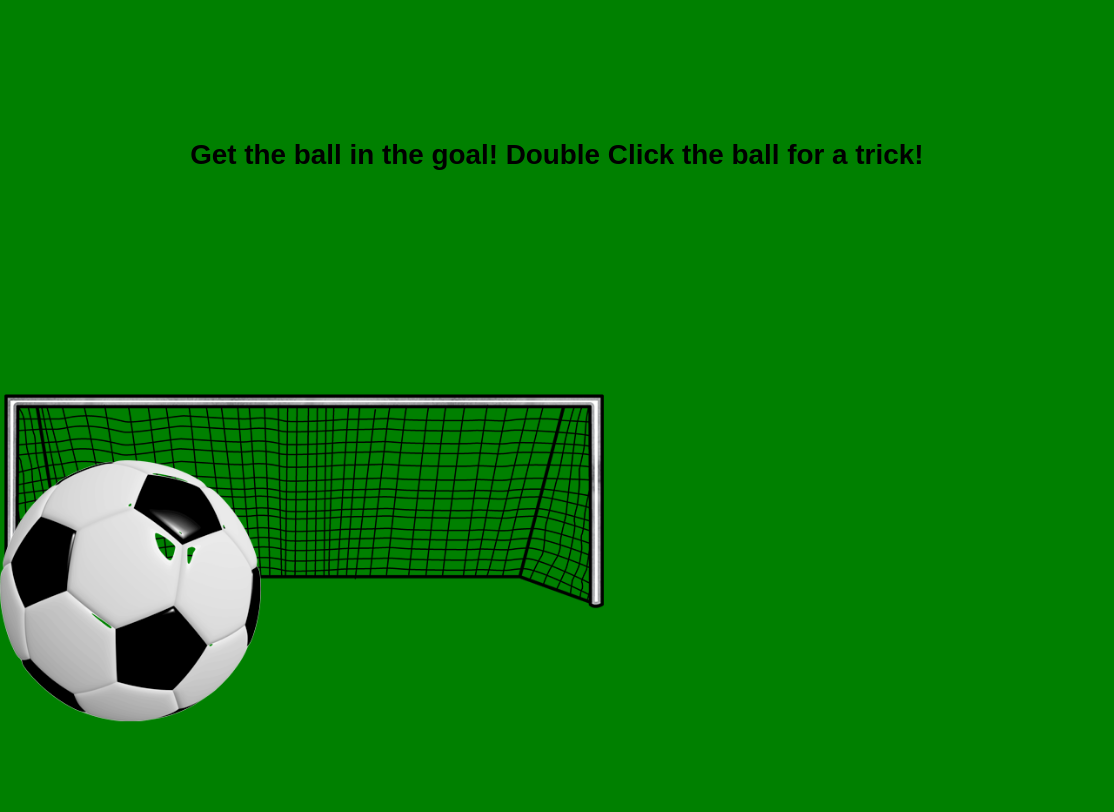
Repository: alexmaddux99/Lab3
Page: mouse-events.html
The author's editor kept a copy of each file at every save. The page is drawn from the files as they stood at one save, then again after the next save.
The browser window is 1280 px wide. The pictures show the whole page, at 87% of full size.

Above is the page before, as saved 2022-03-06 17:16:29.

### mouse-events.html
<!DOCTYPE html>
<html lang="en">

<head>
    <meta charset="UTF-8">
    <meta http-equiv="X-UA-Compatible" content="IE=edge">
    <meta name="viewport" content="width=device-width, initial-scale=1.0">
    <title>GOAL!</title>
    <style>
        body {
            background-color: green;
            margin:0;
            height:100vh;
        }

        div {
           height: 300px;
           width: 300px;
            transition: transform 1s;

        }

        p {
            margin-top: 10rem;
            text-align: center;
            font: bold 2rem sans-serif;
        }

        .goal{
            display: block;
  margin-left: auto;
  margin-right: auto;
        }




    </style>
</head>

<body>

    <p>Get the ball in the goal! Double Click the ball for a trick!</p>

    <div goal>
    <img src="/images/goal.png" alt="GOAL!">
    </div>

    <div id="dot" class="ball">
        <img src="/images/soccer.png" alt="Score a Goal!">
    </div>




    <script>
        var dot = document.getElementById('dot');
        document.body.addEventListener('click', (e) => {
            console.log("Client: " , e.clientX , e.clientY)
            console.log("Page: " , e.pageX , e.pageY)
            console.log("Screen: " , e.screenX , e.screenY)
            console.log("Event Object: ", e);
            dot.style.transform = `translateY(${e.clientY - 25}px)`;
            dot.style.transform += `translateX(${e.clientX - 25}px)`;
            dot.style.opacity = 1;
        }, false);
    </script>
</body>

</html>

After the next save:
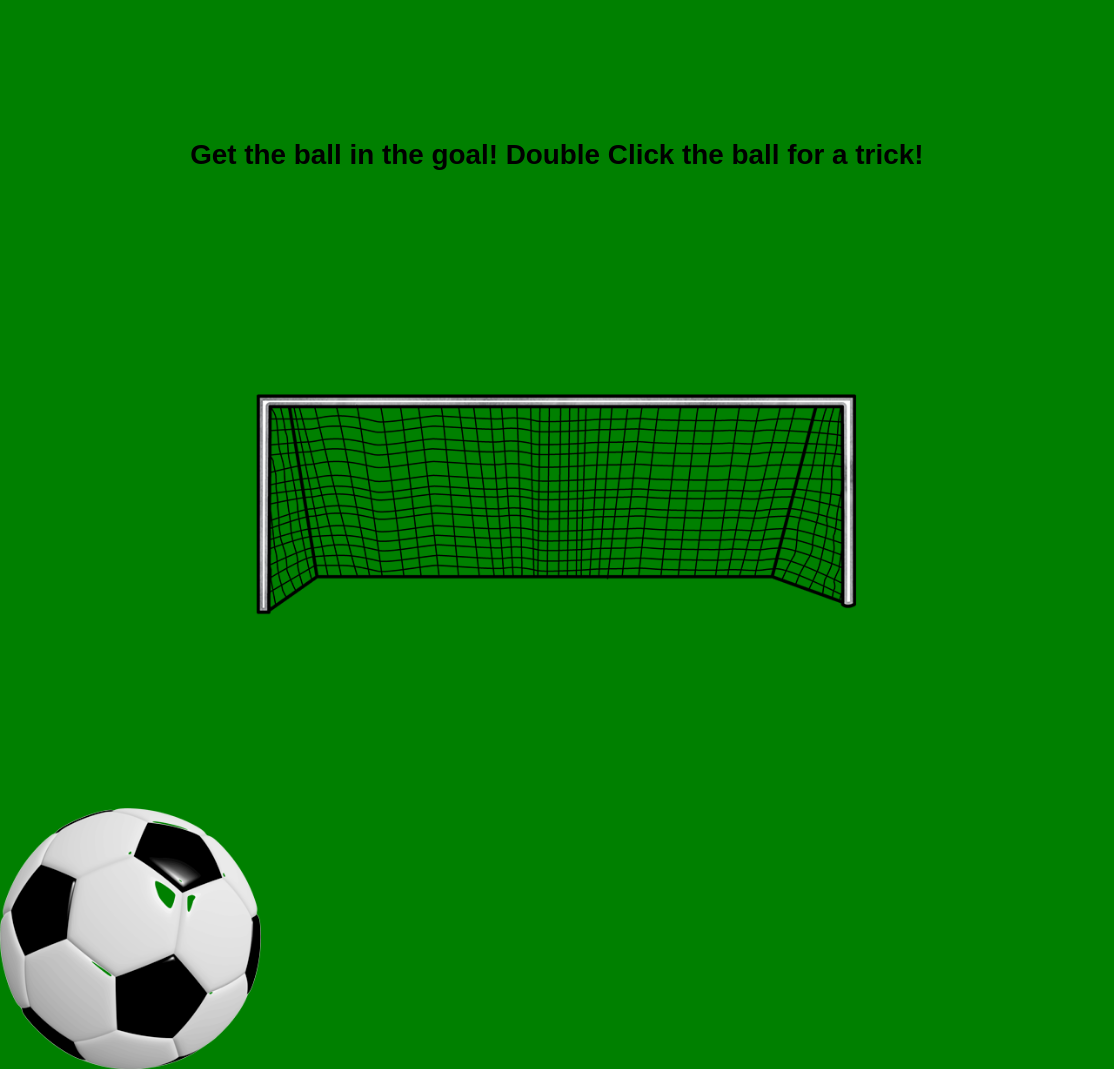
Saved 39 s later.
--- a/mouse-events.html
+++ b/mouse-events.html
@@ -26,7 +26,7 @@
             font: bold 2rem sans-serif;
         }
 
-        .goal{
+        img{
             display: block;
   margin-left: auto;
   margin-right: auto;
@@ -42,9 +42,9 @@
 
     <p>Get the ball in the goal! Double Click the ball for a trick!</p>
 
-    <div goal>
+
     <img src="/images/goal.png" alt="GOAL!">
-    </div>
+
 
     <div id="dot" class="ball">
         <img src="/images/soccer.png" alt="Score a Goal!">
